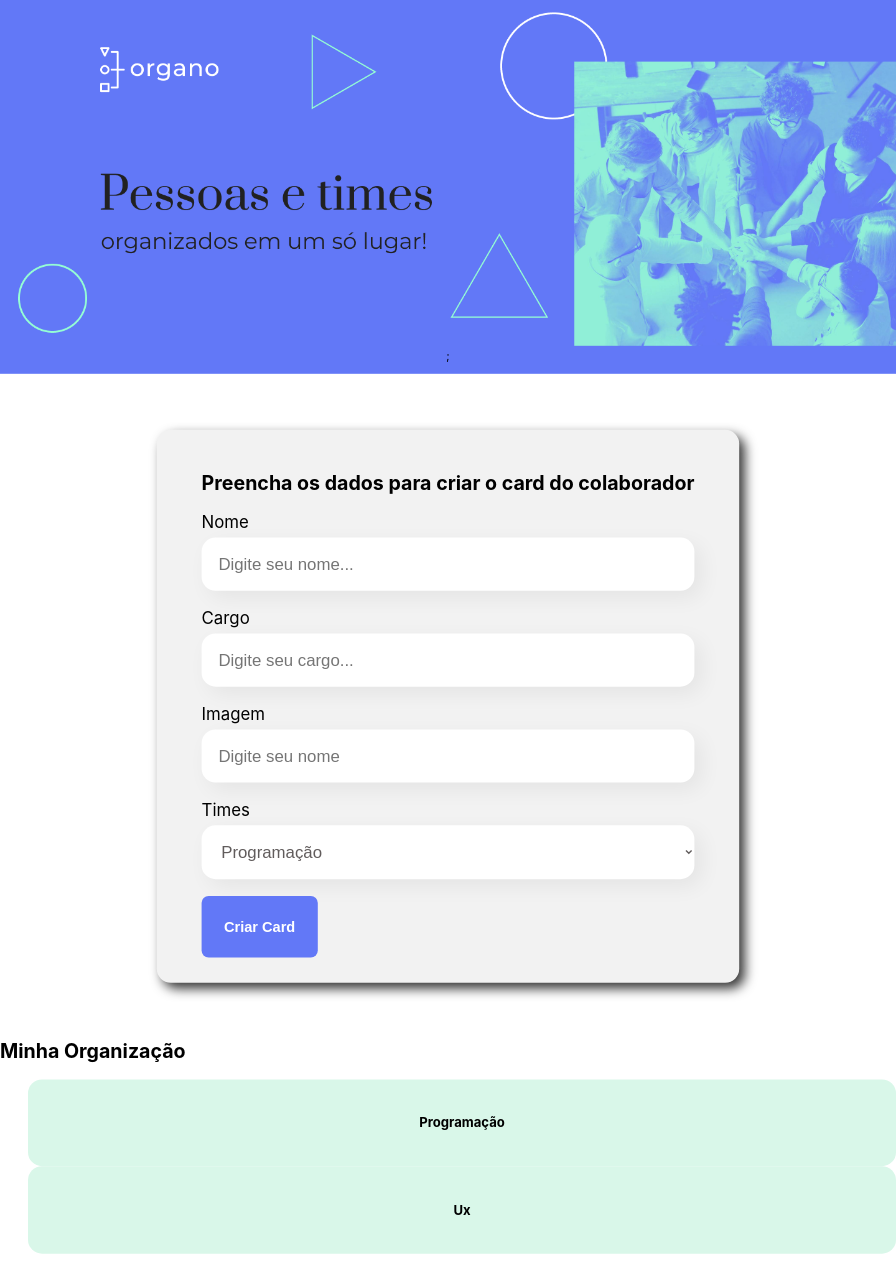
Repository: guilhermecardoso93/organo
Page: /
These files come from the project's save history. The page is drawn as it stood at one moment and after the next save; the edit follows.
The browser window is 1280 px wide. The pictures show the whole page, at 70% of full size.
The project was rebuilt for these pictures with package versions that can differ from the ones it lists, and the page was loaded fresh each time.

Above is the page before, as saved 2024-05-26 19:05:32.

After the next save:
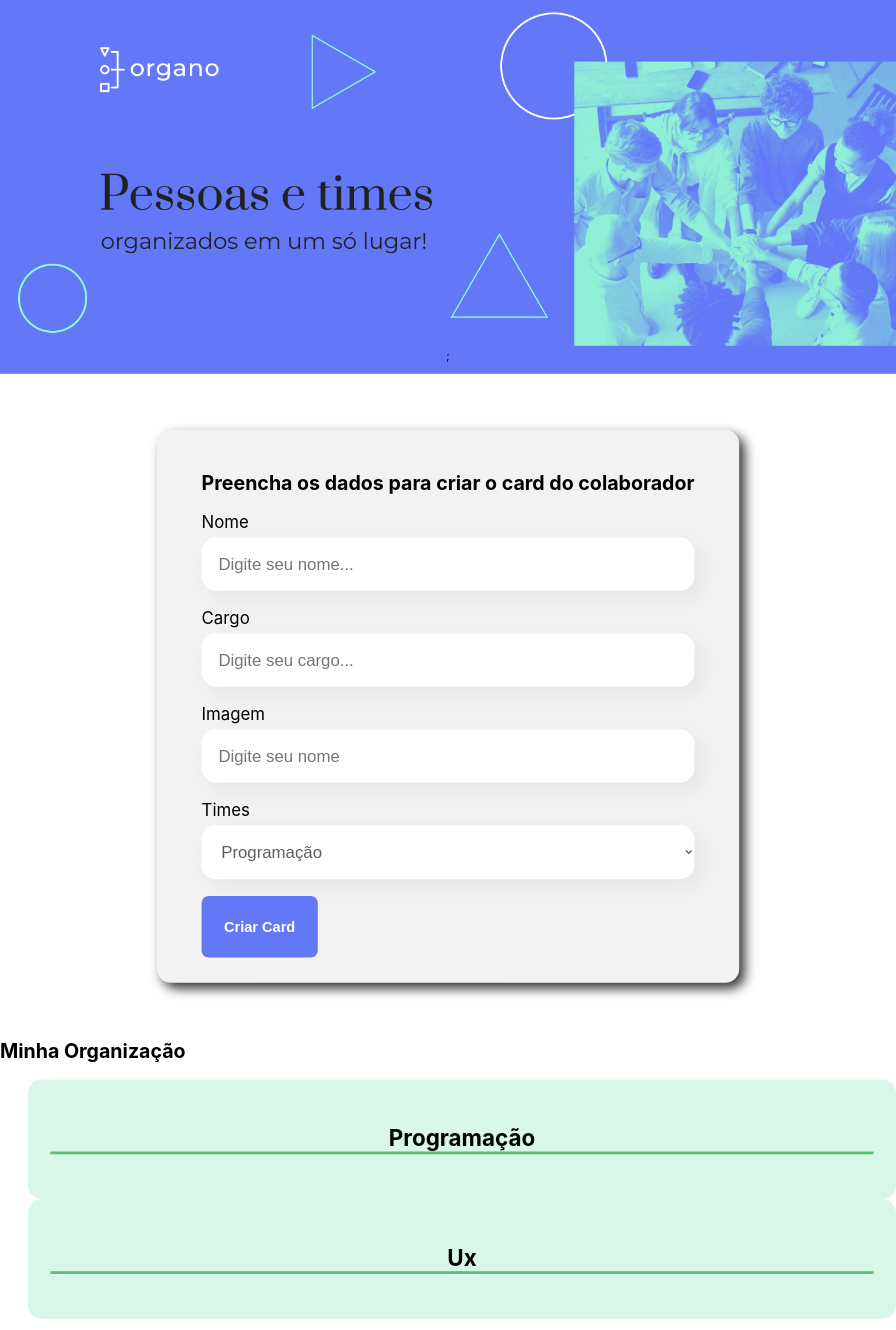
Saved 55 s later.
--- a/src/components/Times/components/Time/styles.css
+++ b/src/components/Times/components/Time/styles.css
@@ -4,3 +4,8 @@
   background-color: #d9f7e9;
   border-radius: 20px;
 }
+
+.time-container h3 {
+  font-size: 2rem;
+  border-bottom: 4px solid #57c278;
+}
